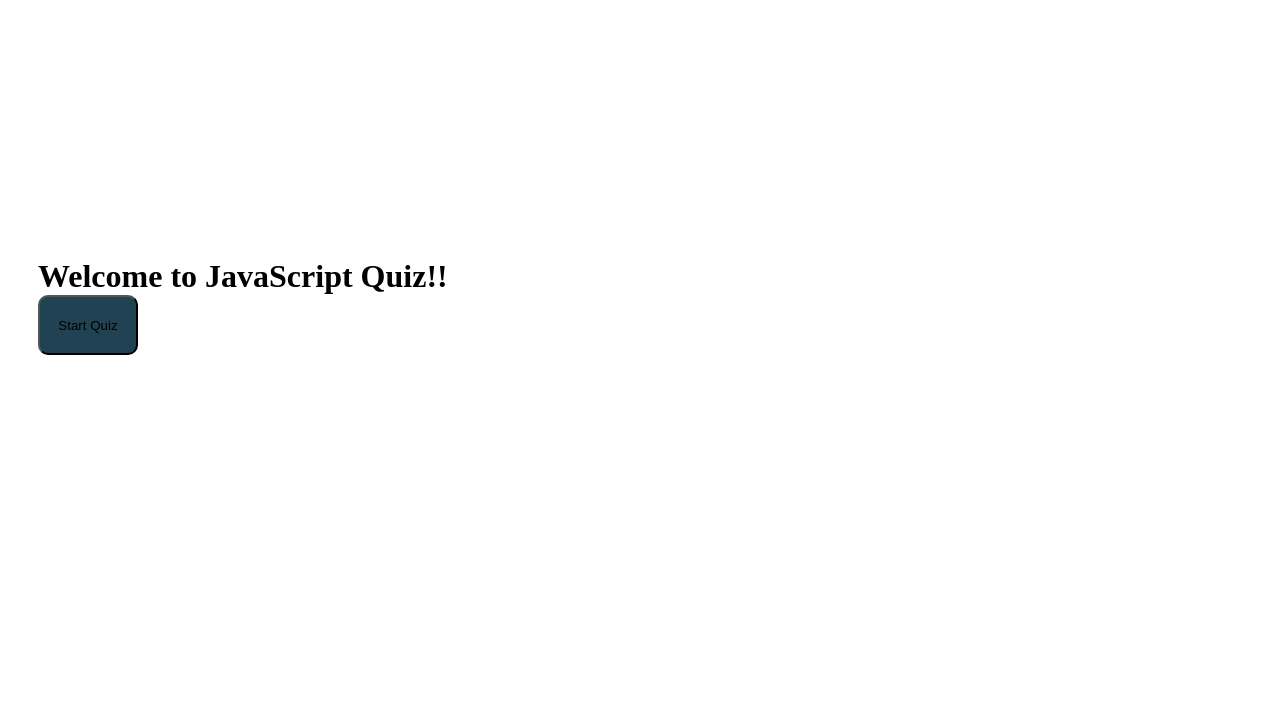
Repository: Mf948/javaQuiz
Page: index.html
An editor plug-in stored every save of this project. The page is shown before and after a run of saves, followed by the edit.
The browser window is 1280 px wide. The pictures show the whole page.

Above is the page before, as saved 2020-12-03 16:20:04.

### index.html
<!DOCTYPE html>
<html lang="en">
<head>
    <meta charset="UTF-8">
    <meta name="viewport" content="width=device-width, initial-scale=1.0">
    <title>Document</title>
   <link rel="stylesheet" href="stylesheet.css">
   <link rel="preconnect" href="https://fonts.gstatic.com">
<link href="https://fonts.googleapis.com/css2?family=Poppins&display=swap" rel="stylesheet">
</head>
<body>
<!-- <div class="coontainer">
       <div id ="question-container" class='hide'>
         <div id="question">Question</div>
         <div id= "answer-buttons" class ="btn-grid">


            <div>
      <div class="controls">
        <button id= "start-btn" class="start-btn btn">start</button>

        <button id= "next-btn" class="netx-btn hide" >next</button>
        </div>

    </div> -->
    <div id="welcomeContainer">
        <h1>Welcome to JavaScript Quiz!!</h1>
        <button id ="start-quiz-btn">Start Quiz</button>
    </div>

    <div id="questionContainer" class='hide_container'>
        <h1>Question</h1>
        <h2 id ="statement">statement</h2> </h2>
       <button id= "choice-A">choice A</button>
       <button id= "choice-b">choice B  </button>
       <button id= "choice-b">choice C  </button>
       <button id= "choice-b">choice D  </button>

    </div>


<script src="./script.js"></script>


</body>
</html>

### stylesheet.css
/*body{
    font-family: 'Poppins', sans-serif;
    background-color:
background-image: linear-gradient(225deg, #FF3CAC 0%, #784BA0 50%, #2B86C5 100%);
margin: auto;
width: 50%;
padding: 10px;

}
*/

h1{
    margin: auto;

}
#start-quiz-btn{
    height: 60px;
    width: 100px;
    background-color: #214252;
    border-radius: 10px;

}

.hide_container {
    display: none;
}

.show_container{
    display:block;
}

### script.js
var startQuizBtn = document.getElementById("start-quiz-btn");
var question = [
    {
        statement: 'What Defines an HTML Element',
        choices: ['start tag', 'some content', 'end tag', 'all the above'],
        correct: 'all the above'
    },
    {
        statement: 'What does HTML stand for',
        choices: ['Hyper', 'some content', 'end tag', 'all the above'],
        correct: 'all the above'
    },
    {
        statement: 'What Defines an HTML Element',
        choices: ['start tag', 'some content', 'end tag', 'all the above'],
        correct: 'all the above'
    }

]
welcomeContainer.style.padding = "250px 100px 200px 30px ";

// for (var i=0; i < questions.length; i ++){
//    var response =  window.statement(questions[i].statement);
//    if (response == question[i].correct){

//    } else {
//        alert ("wrong")
//    }

// }


startQuizBtn.addEventListener('click', function() {
 console.log("start")
var welcomeContainer = document.getElementById('welcomeContainer');

welcomeContainer.style.display = 'none';

var questionContainer = document.getElementById("questionContainer")
 questionContainer.style.display = "block";
 questionContainer.setAttribute('class', 'background');



 //var questionContainer = document.getElementById("question")
 /*
 1. need to hide welcom screen

 2. shows the 1st question, and all possible choices
 3. add timer


 */


});

After the next 2 saves:
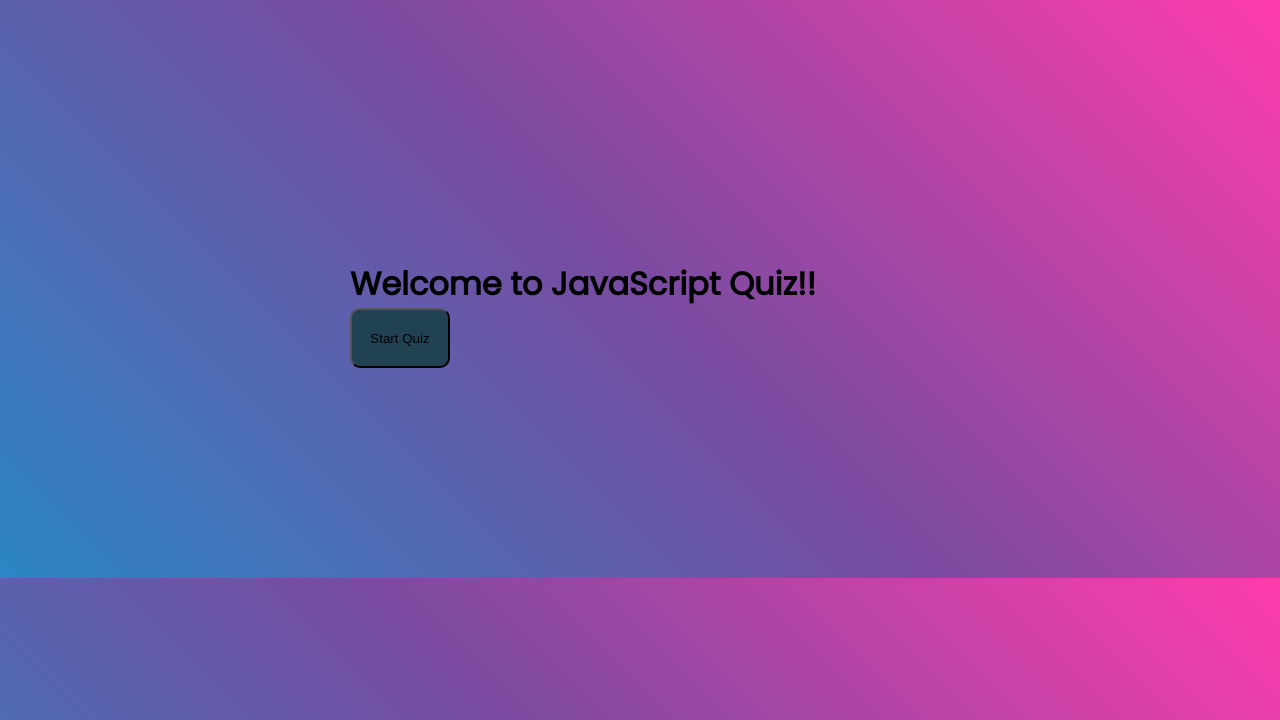
The 2 saves are shown as one change because they came seconds apart.
The last was saved 7 s later.
--- a/stylesheet.css
+++ b/stylesheet.css
@@ -1,13 +1,12 @@
-/*body{
+body{
     font-family: 'Poppins', sans-serif;
-    background-color:
+    background-color: #FF3CAC;
 background-image: linear-gradient(225deg, #FF3CAC 0%, #784BA0 50%, #2B86C5 100%);
 margin: auto;
 width: 50%;
 padding: 10px;
 
 }
-*/
 
 h1{
     margin: auto;
